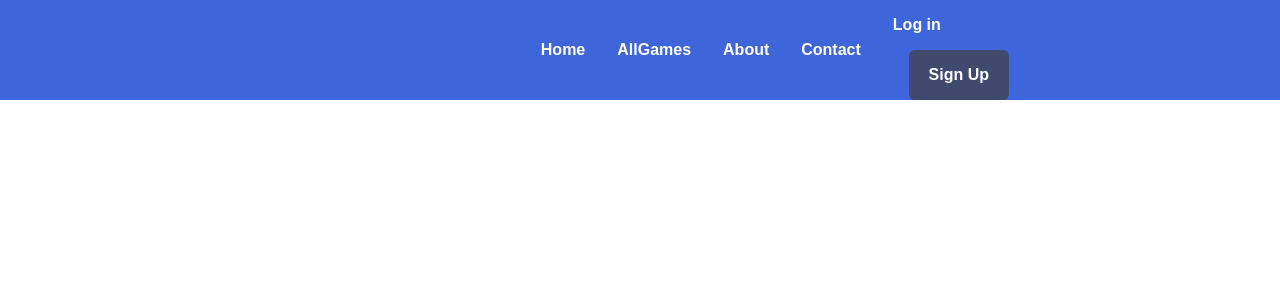
Repository: Fariaddd/New-CA-
Page: index.html
These files come from the project's save history. The page is drawn as it stood at one moment and after the next save; the edit follows.
The browser window is 1280 px wide. The pictures show the whole page.

Above is the page before, as saved 2021-12-27 23:48:29.

### index.html
<!DOCTYPE html>
<html lang="en">
  <head>
    <meta charset="UTF-8" />
    <meta http-equiv="X-UA-Compatible" content="IE=edge" />
    <meta name="viewport" content="width=device-width, initial-scale=1.0" />
    <title>GameHub</title>
    <link rel="stylesheet" href="./css/styles.css" />
  </head>
  <body>
    <header>
    </div>
      <nav>
        <input id="nav-toggle" type="checkbox" />
        <div class="logo"  ></div>
        <ul class="links">
          <li><a href="index.html">Home</a></li>
          <li><a href="allgames.html">AllGames</a></li>
          <li><a href="about.html">About</a></li>
          <li><a href="contact.html">Contact</a></li>
          <div>
            <a href="./login.html" class="linkss">Log in</a>
            <button class="button button-signup">
              <a href="./signup.html" class="links">Sign Up</a>
            </button>
          </div>
        </div>
        </ul>
        <label for="nav-toggle" class="icon-burger">
          <div class="line"></div>
          <div class="line"></div>
          <div class="line"></div>
        </label>
      </nav>
    </header>





  </body>
</html>

### css/styles.css
body {
  padding: 0;
  margin: 0;
}
.container {
  position: relative;
  margin-top: 100px;
}
.container img {
  display: block;
  width: 100%;
}

nav {
  position: fixed;
  z-index: 10;
  left: 0;
  right: 0;
  top: 0;
  font-family: "Montserrat", sans-serif;
  padding: 0 5%;
  height: 100px;
  background-color: #3e65da;
}

.button {
  background-color: var(--button-links-color);
  color: white;
  border-radius: 6px;
  border: none;
  height: 40px;
  font-size: 1em;
  cursor: pointer;
}

:root {
  --button-links-color: #404a6f;
  --upload-link-color: #4a7373;
}

button {
  width: 100%;
}

.search-desktop {
  list-style: none;
}

.login-signup,
.logo-desktop {
  display: none;
}

.linkss {
  font-weight: 700;
  text-decoration: none;
  color: var(--button-links-color);
}

nav .logo {
  float: left;
  width: 40%;
  height: 100%;
  display: flex;
  align-items: center;
  font-size: 24px;
  color: #fff;
}
nav .links {
  float: center;
  padding: 0;
  margin: 0;
  width: 100px;
  height: 100%;
  display: flex;
  justify-content: space-around;
  align-items: center;
}

nav .button,
.linkss {
  float: right;
  padding: 0;
  margin: 0;
  width: 100px;
  height: 100%;
  display: flex;
}

nav .links li {
  list-style: none;
}
nav .links a {
  display: block;
  padding: 1em;
  font-size: 16px;
  font-weight: bold;
  color: #fff;
  text-decoration: none;
}
#nav-toggle {
  position: absolute;
  top: -100px;
}
nav .icon-burger {
  display: none;
  position: absolute;
  right: 5%;
  top: 50%;
  transform: translateY(-50%);
}
nav .icon-burger .line {
  width: 30px;
  height: 5px;
  background-color: #fff;
  margin: 5px;
  border-radius: 3px;
  transition: all 0.3s ease-in-out;
}
.container {
  display: flex;
  width: 90%;
  margin: 0 auto;
  flex-wrap: wrap;
  justify-content: center;
}

.grid-image {
  display: block;
  flex-basis: 100%;
  padding: 5px;
  box-sizing: border-box;
}

@media only screen and (min-width: 640px) {
  .grid-image {
    flex-basis: 50%;
  }
}

@media only screen and (min-width: 960px) {
  .grid-image {
    flex-basis: 33.333%;
  }
}

@media only screen and (min-width: 1280px) {
  .grid-image {
    flex-basis: 25%;
  }
}

@media screen and (max-width: 768px) {
  nav .logo {
    float: none;
    width: auto;
    justify-content: center;
  }

  .button-signup {
    width: 100px;
    height: 40px;
  }
  nav .links {
    float: none;
    position: fixed;
    z-index: 9;
    left: 0;
    right: 0;
    top: 100px;
    bottom: 100%;
    width: auto;
    height: auto;
    flex-direction: column;
    justify-content: space-evenly;
    background-color: rgba(0, 0, 0, 0.8);
    overflow: hidden;
    box-sizing: border-box;
    transition: all 0.5s ease-in-out;
  }
  nav .links a {
    font-size: 20px;
  }
  nav :checked ~ .links {
    bottom: 0;
  }
  nav .icon-burger {
    display: block;
  }
  nav :checked ~ .icon-burger .line:nth-child(1) {
    transform: translateY(10px) rotate(225deg);
  }
  nav :checked ~ .icon-burger .line:nth-child(3) {
    transform: translateY(-10px) rotate(-225deg);
  }
  nav :checked ~ .icon-burger .line:nth-child(2) {
    opacity: 0;
  }
}

After the next save:
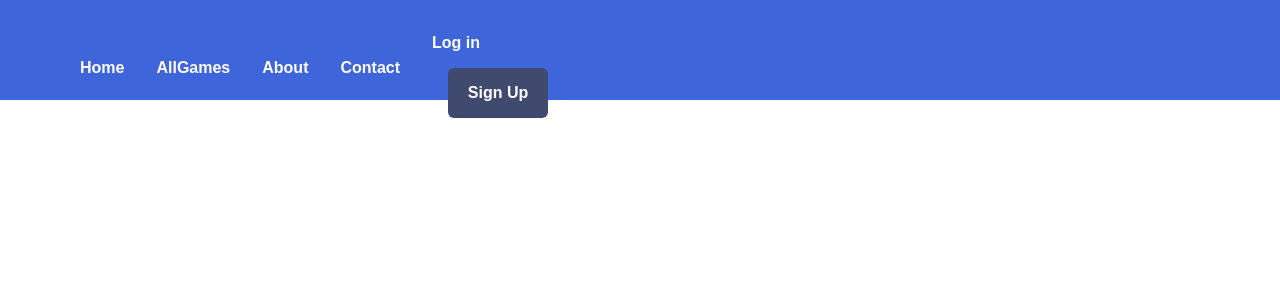
Saved 71 s later.
--- a/index.html
+++ b/index.html
@@ -12,7 +12,7 @@
     </div>
       <nav>
         <input id="nav-toggle" type="checkbox" />
-        <div class="logo"  ></div>
+        <a href="index.html"> <img src="" alt=""></a>
         <ul class="links">
           <li><a href="index.html">Home</a></li>
           <li><a href="allgames.html">AllGames</a></li>
